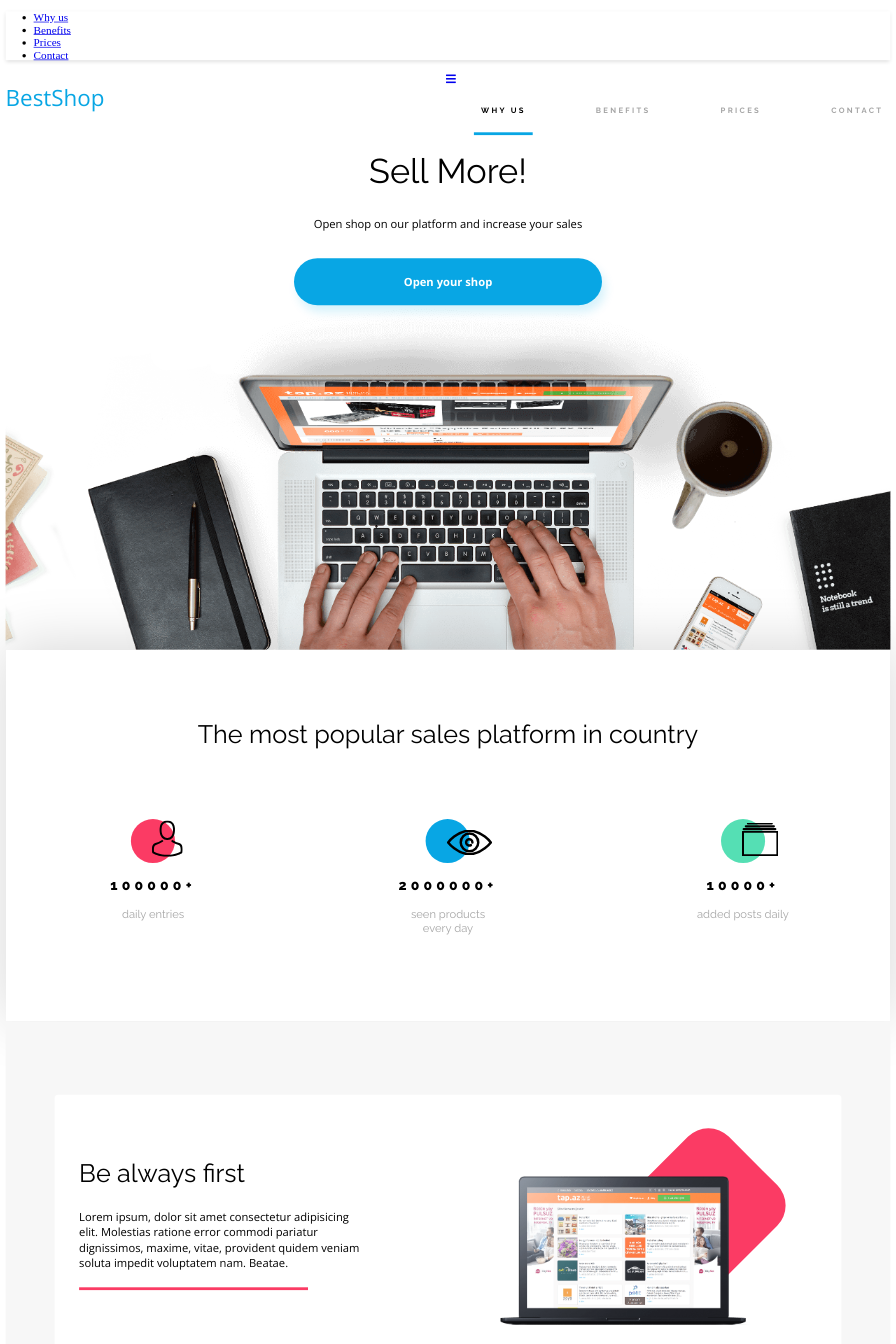
Repository: insolt/BestShop
Page: index.html
These files come from the project's save history. The page is drawn as it stood at one moment and after the next save; the edit follows.
The browser window is 1280 px wide. The pictures show the part of the page from y = 0 to 1920 px (the page is 4366 px tall before and 4358 px after), at 70% of full size.
The style sheet was rebuilt from its Sass, Less or Tailwind sources for each picture, by a compiler version that may differ from the author's.

Above is the page before, as saved 2020-09-15 11:17:00.

### index.html
<!DOCTYPE html>
<html lang="en">

<head>
    <meta charset="UTF-8">
    <meta name="viewport" content="width=device-width, initial-scale=1.0">
    <meta name="description" content="BestShop offers online shops managing services. Market leading company, the most experienced team in Europe, flexible customer approach. We change your ideas into profitable business">
    <meta name="keywords" content="BestShop, online shopping, shop, service, managing, customer">
    <meta name="author" content="Michal Bornikowski">
    <!--tags for IE-->
    <meta http-equiv="X=Ua-Compatible" content="IE=egde,chrome-1">
    <title>BestShop</title>
    <link href="https://fonts.googleapis.com/css2?family=Open+Sans:wght@300;400;700&family=Raleway:wght@300;400;700;800&display=swap" rel="stylesheet">
    <link rel="stylesheet" href="css/main.css">
    <link rel="stylesheet" href="https://use.fontawesome.com/releases/v5.7.2/css/all.css" integrity="sha384-fnmOCqbTlWIlj8LyTjo7mOUStjsKC4pOpQbqyi7RrhN7udi9RwhKkMHpvLbHG9Sr" crossorigin="anonymous">
    <link rel="icon" href="favicon.ico">
</head>

<body>

    <header class="page-header">
        <div class="nav__mobile-nav">
            <ul class="page-header__mobile-nav--list">
                <li class="page-header__mobile-nav--el">
                    <a href="#" class="page-header__mobile-nav--link header__mobile-nav--active">Why us</a>
                </li>
                <li class="page-header__nav--el">
                    <a href="#" class="page-header__mobile-nav--link">Benefits</a>
                </li>
                <li class="page-header__nav--el">
                    <a href="#" class="page-header__mobile-nav--link">Prices</a>
                </li>
                <li class="page-header__nav--el">
                    <a href="#" class="page-header__mobile-nav--link">Contact</a>
                </li>
            </ul>
        </div>
        <div class="container">
            <p class="page-header__logo">
                BestShop
            </p>

            <nav class="page-header__nav">
                <div class="page-header__mobile-menu--hamburger-icon">
                    <a href="#open-menu" class="page-header__mobile-menu--hamburger-icon-link"><span  class="fas fa-bars"></span></a>
                </div>

                <ul class="page-header__nav--list">
                    <li class="page-header__nav--el">
                        <a href="#" class="page-header__nav--link header__nav--active">Why us</a>
                    </li>
                    <li class="page-header__nav--el">
                        <a href="#" class="page-header__nav--link">Benefits</a>
                    </li>
                    <li class="page-header__nav--el">
                        <a href="#" class="page-header__nav--link">Prices</a>
                    </li>
                    <li class="page-header__nav--el">
                        <a href="#" class="page-header__nav--link">Contact</a>
                    </li>
                </ul>

            </nav>

        </div>
    </header>

    <section class="section-opening">
        <div class="container">
            <h1 class="section-opening__title">
                Sell More!
            </h1>
            <p class="section-opening__text">
                Open shop on our platform and increase your sales
            </p>
            <a href="" class="section-opening__link">
                Open your shop
            </a>
        </div>
    </section>

    <section class="section-stats">
        <div class="container">
            <h2 class="section-stats__title">
                The most popular sales platform in country
            </h2>
            <div class="section-stats__selection">
                <div class="section-stats__box">
                    <div class="section-stats__box--icon stats__icon--person"></div>
                    <p class="section-stats__box--value">
                        100000+
                    </p>
                    <p class="section-stats__box--note">
                        daily entries
                    </p>
                </div>
                <div class="section-stats__box">
                    <div class="section-stats__box--icon stats__icon--eye"></div>
                    <p class="section-stats__box--value">
                        2000000+
                    </p>
                    <p class="section-stats__box--note">
                        seen products every day
                    </p>
                </div>
                <div class="section-stats__box ">
                    <div class="section-stats__box--icon stats__icon--catalog"></div>
                    <p class="section-stats__box--value ">
                        10000+
                    </p>
                    <p class="section-stats__box--note">
                        added posts daily
                    </p>
                </div>
            </div>
        </div>
    </section>

    <section class="articles">
        <div class="container">
            <article class="article-top">
                <div class="article-top__content">
                    <h2 class="article-top__title">
                        Be always first
                    </h2>
                    <p class="article-top__text">
                        Lorem ipsum, dolor sit amet consectetur adipisicing elit. Molestias ratione error commodi pariatur dignissimos, maxime, vitae, provident quidem veniam soluta impedit voluptatem nam. Beatae.
                    </p>
                </div>
                <div class="article-top__aside">
                    <div class="article-top__aside--bg">
                    </div>
                    <div class="article-top__aside--photo">
                    </div>
                </div>
            </article>
            <article class="article-medium">
                <div class="article-medium__aside">
                    <div class="article-medium__aside--bg">
                    </div>
                    <div class="article-medium__aside--photo">
                    </div>
                </div>
                <div class="article-medium__content">
                    <h2 class="article-medium__title">
                        Your shop is where you are!
                    </h2>
                    <p class="article-medium__text">
                        Lorem ipsum, dolor sit amet consectetur adipisicing elit. Molestias ratione error commodi pariatur dignissimos, maxime, vitae, provident quidem veniam soluta impedit voluptatem nam. Beatae.
                    </p>
                </div>
            </article>
            <artlicle class="article-bottom">
                <div class="article-bottom__galley">
                    <div class="article-bottom__galley--content">
                        <h2 class="article-bottom__galley--title">
                            Increase recognition your brand!
                        </h2>
                        <p class="article-bottom__galley--text">
                            Lorem ipsum, dolor sit amet consectetur adipisicing elit. Molestias ratione error commodi pariatur dignissimos, maxime, vitae, provident quidem veniam soluta impedit voluptatem nam. Beatae.
                        </p>
                    </div>
                </div>
                <div class="article-bottom__trumpet">
                    <div class="article-bottom__trumpet--bg">
                    </div>
                    <div class="article-bottom__trumpet--photo">
                    </div>
                </div>
            </artlicle>
        </div>
    </section>

    <section class="section-pricing">
        <div class="container">
            <div class="section-pricing__offer">
                <h2 class="section-pricing__offer--title">
                    Pricing
                </h2>
                <div class="section-pricing__offer--content">
                    <div class="section-pricing__offer-basic">
                        <div class="section-pricing__offer-basic--top">
                            <h3 class="section-pricing__offer-basic--title">
                                Basic
                            </h3>
                            <p class="section-pricing__offer-basic--price">
                                $0
                            </p>
                        </div>
                        <ul class="section-pricing__offer-basic--list">
                            <li class="section-pricing__offer-basic--item">
                                100 MB HDD
                            </li>
                            <li class="section-pricing__offer-basic--item">
                                1 Subdomain
                            </li>
                            <li class="section-pricing__offer-basic--item">
                                2 E-mails
                            </li>
                            <li class="section-pricing__offer-basic--item">
                                Two years license
                            </li>
                            <li class="section-pricing__offer-basic--item">
                                Full support
                            </li>
                        </ul>
                        <a href="" class="section-pricing__offer-basic--confirm">Begin</a>
                    </div>
                    <div class="section-pricing__offer-professional">
                        <div class="section-pricing__offer-profesional--top">
                            <h3 class="section-pricing__offer-professional--title">
                                Professional
                            </h3>
                            <p class="section-pricing__offer-professional--price">
                                $25
                            </p>
                            <p class="section-pricing__offer-professional--note">
                                Limited offer
                            </p>
                        </div>
                        <ul class="section-pricing__offer-professional--list">
                            <li class="section-pricing__offer-professional--item">
                                500 MB HDD
                            </li>
                            <li class="section-pricing__offer-professional--item">
                                2 Subdomain
                            </li>
                            <li class="section-pricing__offer-professional--item">
                                5 E-mails
                            </li>
                            <li class="section-pricing__offer-professional--item">
                                One year license
                            </li>
                            <li class="section-pricing__offer-professional--item">
                                Full support
                            </li>
                        </ul>
                        <a href=" " class="section-pricing__offer-professional--confirm">Begin</a>
                    </div>
                    <div class="section-pricing__offer-premium">
                        <div class="section-pricing__offer-premium--top">
                            <h3 class="section-pricing__offer-premium--title">
                                Premium
                            </h3>
                            <p class="section-pricing__offer-premium--price">
                                $60
                            </p>
                            <p class="section-pricing__offer-premium--note">
                                Limited offer
                            </p>
                        </div>
                        <ul class="section-pricing__offer-premium--list">
                            <li class="section-pricing__offer-premium--item">
                                2 GB HDD
                            </li>
                            <li class="section-pricing__offer-premium--item">
                                5 Subdomain
                            </li>
                            <li class="section-pricing__offer-premium--item">
                                20 E-mails
                            </li>
                            <li class="section-pricing__offer-premium--item">
                                Two years license
                            </li>
                            <li class="section-pricing__offer-premium--item">
                                Full support
                            </li>
                        </ul>
                        <a href=" " class="section-pricing__offer-premium--confirm">Begin</a>
                    </div>
                </div>
            </div>
        </div>
    </section>

    <section class="form">
        <div class="container">
            <div class="form__contact-details">
                <h2 class="form__contact-detail--title">
                    Any questions?
                </h2>
                <p class="form__contact-detail--text">
                    Leave your email address or call us!
                </p>
                <ul class="form__contact-detail--list">
                    <li class="form__contact-detail--item">
                        info@bestshop.xyz
                    </li>
                    <li class="form__contact-detail--item">
                        123 456 789
                    </li>
                </ul>
            </div>
            <div class="form__user-details">
                <form action="" class="form__user-details--form">
                    <div class="form__user-details--form-inputs">
                        <div class="form__user-details--name">
                            <label for="name" class="form__user-details--name-label">Name</label>
                            <input class="form__user-details--name-input" type="text" id="name" name="name" placeholder="">
                        </div>
                        <div class="form__user-details--email">
                            <label for="email" class="form__user-details--email-label">Email</label>
                            <input class="form__user-details--email-input" type="text" id="emaile" name="email" placeholder="">
                        </div>
                    </div>
                    <div class="form__user-details--checkbox">
                        <input type="checkbox" class="form__user-details--checkbox-input" name="regulation" id="regulation">
                        <label for="regulation" class="form__user-details--checkbox-label">I hereby give consent for my personal data included in my application to be processed for the purposes of the recruitment process under the European Parliament's and Council of the European Union Regulation on the Protection of Natural Persons as of 27 April 2016, with regard to the processing of personal data and of the free movement of such data, and repealing Directive 95/46/EC (Data Protection Directive)</label>
                    </div>
                    <div class="form__user-details--btn">
                        <button type="submit" class="form__user-details--btn-submit">Send</button>
                    </div>
                </form>
            </div>
        </div>
    </section>

    <footer class="page-footer">
        <div class="container">
            <div class="page-footer__despcription">
                <p class="page-footer__logo">
                    BestShop
                </p>
                <p class="page-footer__copyrights">
                    &copy; 2019 BestShop LTD, All Rights Reserved
                </p>
            </div>
            <div class="page-footer__links">
                <a href="https://www.twitter.com" class="page-footer__twitter">
                    <img src="assets/twitter.svg" class="page-footer__twitter-icon">
                </a>
                <a href="https://www.facebook.com" class="page-footer__facebook">
                    <img src="assets/facebook.svg" class="page-footer__facebook-icon">
                </a>
            </div>
        </div>
    </footer>
</body>

</html>

Loaded but not shown: scss/main.scss (964 lines, source omitted)

After the next save:
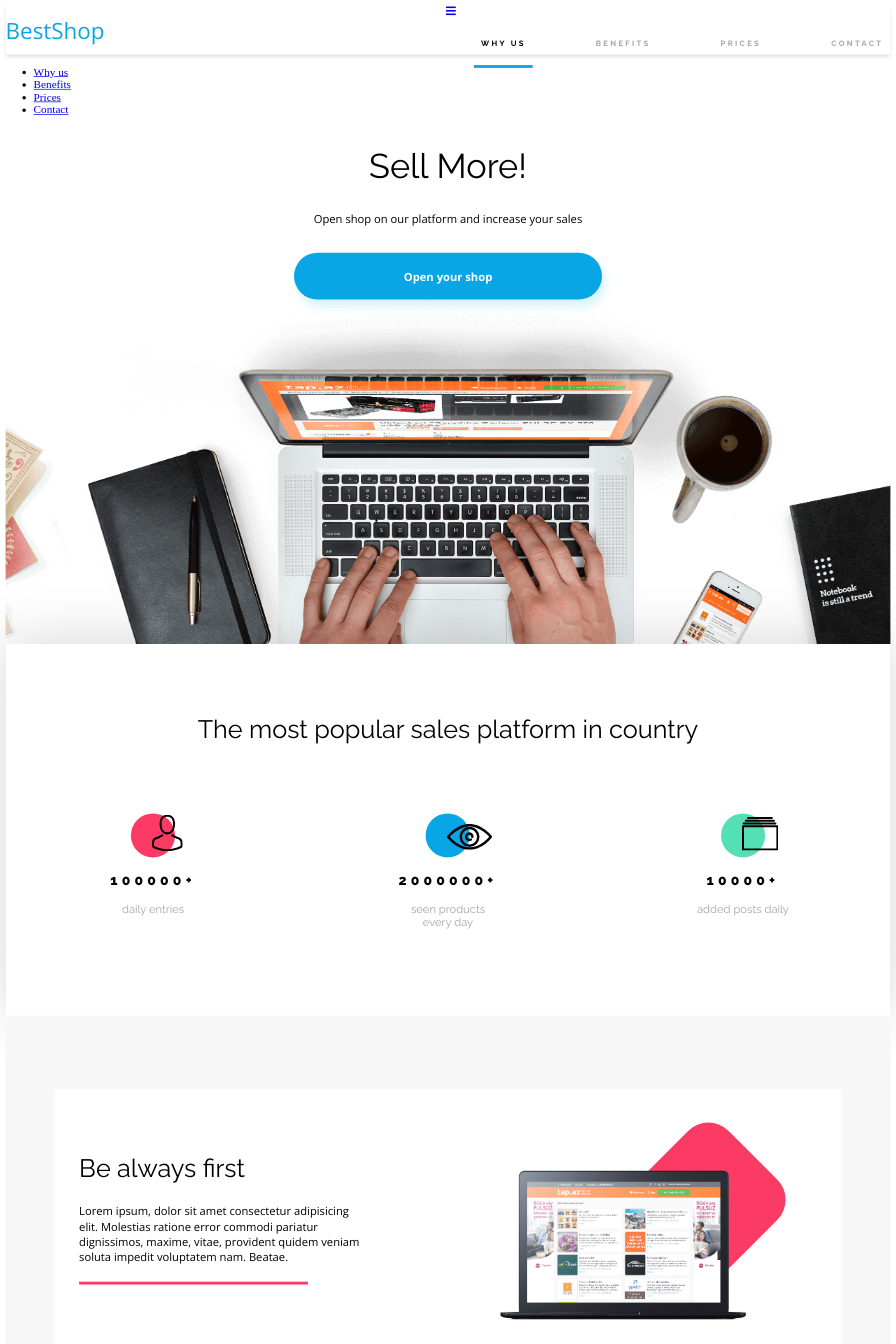
Saved 33 s later.
--- a/index.html
+++ b/index.html
@@ -19,6 +19,35 @@
 <body>
 
     <header class="page-header">
+
+        <div class="container">
+            <p class="page-header__logo">
+                BestShop
+            </p>
+
+            <nav class="page-header__nav">
+                <div class="page-header__mobile-menu--hamburger-icon">
+                    <a href="#open-menu" class="page-header__mobile-menu--hamburger-icon-link"><span  class="fas fa-bars"></span></a>
+                </div>
+
+                <ul class="page-header__nav--list">
+                    <li class="page-header__nav--el">
+                        <a href="#" class="page-header__nav--link header__nav--active">Why us</a>
+                    </li>
+                    <li class="page-header__nav--el">
+                        <a href="#" class="page-header__nav--link">Benefits</a>
+                    </li>
+                    <li class="page-header__nav--el">
+                        <a href="#" class="page-header__nav--link">Prices</a>
+                    </li>
+                    <li class="page-header__nav--el">
+                        <a href="#" class="page-header__nav--link">Contact</a>
+                    </li>
+                </ul>
+
+            </nav>
+
+        </div>
         <div class="nav__mobile-nav">
             <ul class="page-header__mobile-nav--list">
                 <li class="page-header__mobile-nav--el">
@@ -35,34 +64,6 @@
                 </li>
             </ul>
         </div>
-        <div class="container">
-            <p class="page-header__logo">
-                BestShop
-            </p>
-
-            <nav class="page-header__nav">
-                <div class="page-header__mobile-menu--hamburger-icon">
-                    <a href="#open-menu" class="page-header__mobile-menu--hamburger-icon-link"><span  class="fas fa-bars"></span></a>
-                </div>
-
-                <ul class="page-header__nav--list">
-                    <li class="page-header__nav--el">
-                        <a href="#" class="page-header__nav--link header__nav--active">Why us</a>
-                    </li>
-                    <li class="page-header__nav--el">
-                        <a href="#" class="page-header__nav--link">Benefits</a>
-                    </li>
-                    <li class="page-header__nav--el">
-                        <a href="#" class="page-header__nav--link">Prices</a>
-                    </li>
-                    <li class="page-header__nav--el">
-                        <a href="#" class="page-header__nav--link">Contact</a>
-                    </li>
-                </ul>
-
-            </nav>
-
-        </div>
     </header>
 
     <section class="section-opening">
